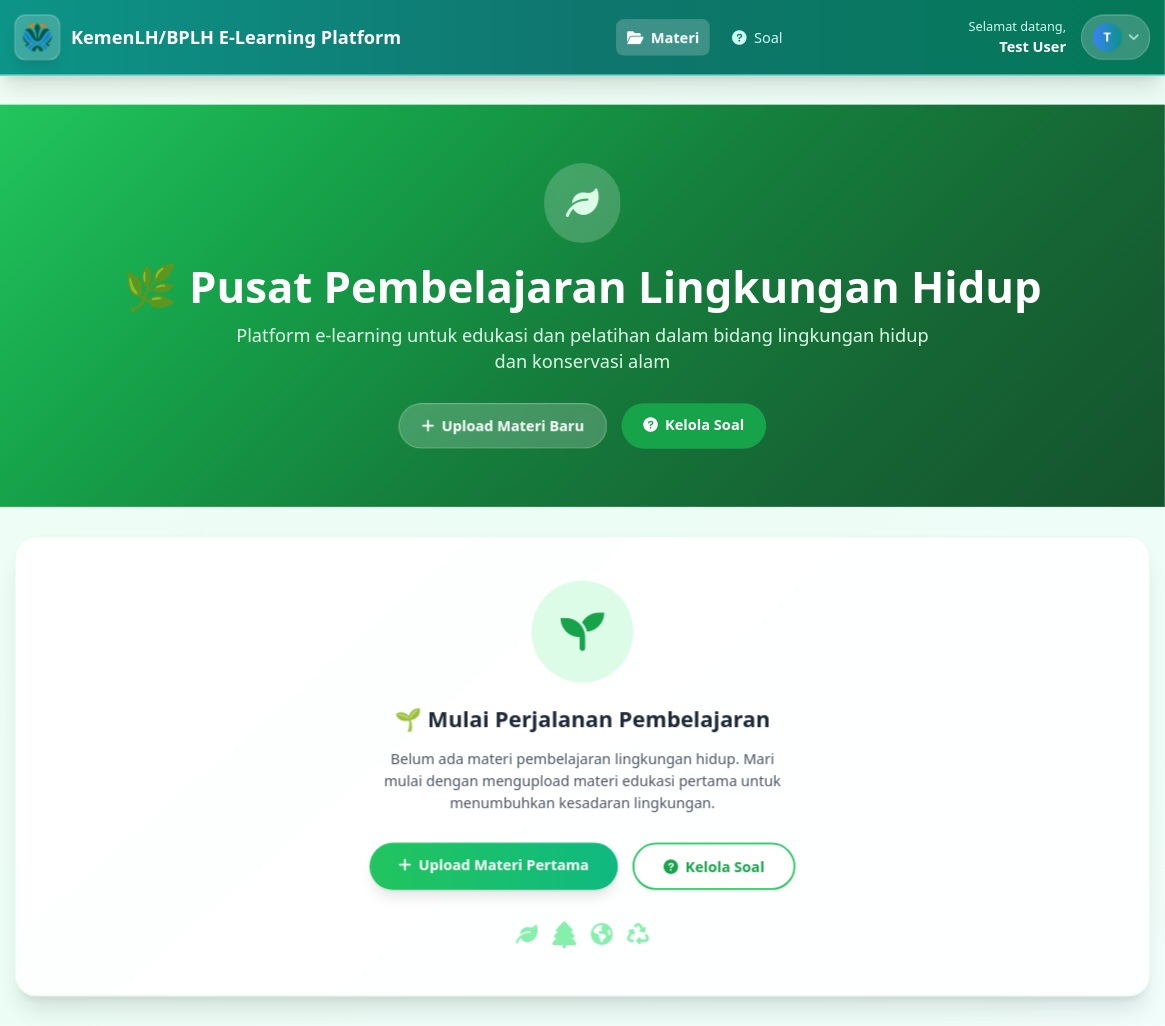
Repository: Autofat/LMS-MOOC
Page: http://localhost/materials
These files come from the project's save history. The page is drawn as it stood at one moment and after the next save; the edit follows.
The browser window is 1280 px wide. The pictures show the whole page, at 91% of full size.
Some web libraries are served in a nearby version. The page is served by the project's Laravel application, run on PHP 8.4 with Laravel 12. A made-up administrator, Test User (test@example.com), is signed in. Other server files are loaded and not shown. Queries for data that is not in the repository find no rows.

Above is the page before, as saved 2025-08-01 12:58:12.

### routes/web.php
<?php

use Illuminate\Support\Facades\Route;
use Illuminate\Support\Facades\Auth;
use Illuminate\Support\Facades\Http;
use Illuminate\Support\Facades\Storage;
use Illuminate\Http\Request;
use App\Http\Controllers\QuestionController;
use App\Http\Controllers\MaterialController;
use App\Http\Controllers\AuthController;

// Root redirect to login
Route::get('/', function () {
    // Force logout and clear session
    Auth::logout();
    session()->flush();
    session()->regenerate();

    return redirect()->route('login');
});

// Authentication Routes
Route::get('/login', [AuthController::class, 'showLoginForm'])->name('login');
Route::post('/login', [AuthController::class, 'login']);
Route::get('/register', [AuthController::class, 'showRegisterForm'])->name('register');
Route::post('/register', [AuthController::class, 'register']);
Route::post('/logout', [AuthController::class, 'logout'])->name('logout');

// Temporary route to clear session
Route::get('/clear-session', function () {
    Auth::logout();
    session()->flush();
    session()->regenerate();
    return redirect()->route('login')->with('success', 'Session cleared. Please login again.');
});

// Test route to check auth status
Route::get('/test-auth', function () {
    return response()->json([
        'auth_check' => Auth::check(),
        'user' => Auth::user(),
        'session_id' => session()->getId(),
        'session_data' => session()->all()
    ]);
});

// Protected Routes (require authentication)
Route::middleware(['auth'])->group(function () {

    // Debug route for testing n8n connection
    Route::get('/test-n8n-connection', function () {
        try {
            $testData = [
                'action' => 'test_connection',
                'timestamp' => now()->toISOString(),
                'message' => 'Laravel connection test'
            ];

            $n8nUrl = env('N8N_GENERATE_QUESTIONS_URL', 'http://localhost:5678/webhook/generate-questions');

            $response = Http::timeout(120)
                ->retry(2, 100)
                ->withOptions([
                    'verify' => false,
                    'allow_redirects' => true,
                    'http_errors' => false
                ])
                ->post($n8nUrl, $testData);

            return response()->json([
                'success' => true,
                'message' => 'n8n connection test completed',
                'url' => $n8nUrl,
                'request_data' => $testData,
                'response' => [
                    'status' => $response->status(),
                    'headers' => $response->headers(),
                    'body' => $response->body(),
                    'successful' => $response->successful()
                ]
            ]);

        } catch (\Exception $e) {
            return response()->json([
                'success' => false,
                'error' => $e->getMessage(),
                'error_class' => get_class($e)
            ], 500);
        }
    })->name('test.n8n.connection');

    // Material Routes
    Route::get('/materials', [MaterialController::class, 'index'])->name('materials.index');
    Route::get('/materials/create', [MaterialController::class, 'create'])->name('materials.create');
    Route::post('/materials', [MaterialController::class, 'store'])->name('materials.store');
    Route::get('/materials/{id}', [MaterialController::class, 'show'])->name('materials.show');
    Route::get('/materials/{id}/edit', [MaterialController::class, 'edit'])->name('materials.edit');
    Route::put('/materials/{id}', [MaterialController::class, 'update'])->name('materials.update');
    Route::delete('/materials/{id}', [MaterialController::class, 'destroy'])->name('materials.destroy');
    Route::get('/materials/{id}/download', [MaterialController::class, 'download'])->name('materials.download');

    // Debug routes for testing file uploads
    Route::get('/test-upload', function () {
        return view('test-upload');
    })->name('test.upload.form');

    Route::post('/test-upload', function (Request $request) {
        $info = [
            'has_file' => $request->hasFile('pdf_file'),
            'php_upload_max' => ini_get('upload_max_filesize'),
            'php_post_max' => ini_get('post_max_size'),
            'storage_writable' => is_writable(storage_path('app/public')),
            'materials_dir_exists' => Storage::disk('public')->exists('materials'),
        ];

        if ($request->hasFile('pdf_file')) {
            $file = $request->file('pdf_file');
            $info['file'] = [
                'name' => $file->getClientOriginalName(),
                'size' => $file->getSize(),
                'mime' => $file->getMimeType(),
                'is_valid' => $file->isValid(),
                'error' => $file->getError(),
            ];
        }

        return response()->json($info);
    })->name('test.upload');
    Route::get('/materials/{id}/questions', [MaterialController::class, 'questions'])->name('materials.questions');

    // Generate Questions with n8n
    Route::post('/materials/{id}/generate-questions', [MaterialController::class, 'generateQuestions'])->name('materials.generate-questions');
    Route::post('/materials/{id}/generate-questions-async', [MaterialController::class, 'generateQuestionsAsync'])->name('materials.generate-questions-async');
    Route::get('/materials/{id}/test-n8n', [MaterialController::class, 'testN8nConnection'])->name('materials.test-n8n');

    // Form Manual Input
    Route::get('/questions/create', [QuestionController::class, 'create'])->name('questions.create');
    Route::post('/questions', [QuestionController::class, 'store'])->name('questions.store');

    // Manage and Edit Questions
    Route::get('/questions/manage', [QuestionController::class, 'manage'])->name('questions.manage');
    Route::get('/questions/{id}/edit', [QuestionController::class, 'edit'])->name('questions.edit');
    Route::put('/questions/{id}', [QuestionController::class, 'update'])->name('questions.update');
    Route::delete('/questions/{id}', [QuestionController::class, 'destroy'])->name('questions.destroy');
});

### app/Models/Material.php
<?php

namespace App\Models;

use Illuminate\Database\Eloquent\Model;

class Material extends Model
{
    protected $fillable = [
        'title',
        'description',
        'file_path',
        'file_name',
        'file_size',
        'category',
        'is_active'
    ];

    protected $casts = [
        'is_active' => 'boolean',
    ];

    /**
     * Get the questions for this material.
     */
    public function questions()
    {
        return $this->hasMany(Question::class);
    }

    /**
     * Get file size in human readable format
     */
    public function getFileSizeHumanAttribute()
    {
        $bytes = $this->file_size;
        $units = ['B', 'KB', 'MB', 'GB'];

        for ($i = 0; $bytes > 1024 && $i < count($units) - 1; $i++) {
            $bytes /= 1024;
        }

        return round($bytes, 2) . ' ' . $units[$i];
    }
}

### app/Models/Question.php
<?php

namespace App\Models;

use Illuminate\Database\Eloquent\Model;

class Question extends Model
{
    protected $fillable = [
        'material_id',
        'question',
        'options',
        'answer',
        'explanation',
        'difficulty'
    ];

    protected $casts = [
        'options' => 'array',
    ];

    /**
     * Set difficulty to lowercase
     */
    public function setDifficultyAttribute($value)
    {
        $this->attributes['difficulty'] = $value ? strtolower($value) : null;
    }

    /**
     * Get difficulty with proper case
     */
    public function getDifficultyAttribute($value)
    {
        if (!$value) return null;

        // Capitalize first letter for display
        return ucfirst($value);
    }

    /**
     * Get the material that owns this question.
     */
    public function material()
    {
        return $this->belongsTo(Material::class);
    }
}

### resources/views/materials/index.blade.php
<!DOCTYPE html>
<html lang="en">

<head>
    <meta charset="UTF-8">
    <meta name="viewport" content="width=device-width, initial-scale=1.0">
    <title>Kelola Materi - KemenLH/BPLH E-Learning Platform</title>
    <script src="https://cdn.tailwindcss.com"></script>
    <link href="https://cdnjs.cloudflare.com/ajax/libs/font-awesome/6.0.0/css/all.min.css" rel="stylesheet">
    <style>
        .nature-gradient {
            background: linear-gradient(135deg, #22c55e 0%, #16a34a 25%, #15803d  50%, #166534 75%, #14532d 100%);
        }
        .leaf-pattern {
            background-image: url("data:[embedded picture, 363 characters]");
        }
    </style>
</head>

<body class="bg-gradient-to-br from-green-50 via-emerald-50 to-teal-50 min-h-screen leaf-pattern">
    <!-- Include Navbar Component -->
    @include('components.navbar')

    <!-- Hero Section -->
    <div class="nature-gradient text-white py-16 mb-8">
        <div class="container mx-auto px-4">
            <div class="text-center">
                <div class="flex justify-center mb-6">
                    <div class="bg-white/20 backdrop-blur-sm rounded-full p-6">
                        <i class="fas fa-leaf text-4xl text-green-100"></i>
                    </div>
                </div>
                <h1 class="text-4xl md:text-5xl font-bold mb-4">
                    🌿 Pusat Pembelajaran Lingkungan Hidup
                </h1>
                <p class="text-xl text-green-100 mb-8 max-w-3xl mx-auto">
                    Platform e-learning untuk edukasi dan pelatihan dalam bidang lingkungan hidup dan konservasi alam
                </p>
                <div class="flex flex-col sm:flex-row gap-4 justify-center">
                    <a href="{{ route('materials.create') }}"
                        class="bg-white/20 backdrop-blur-sm hover:bg-white/30 text-white font-bold py-3 px-6 rounded-full border border-white/30 transition-all duration-300 transform hover:scale-105">
                        <i class="fas fa-plus mr-2"></i>Upload Materi Baru
                    </a>
                    <a href="{{ route('questions.manage') }}"
                        class="bg-green-600 hover:bg-green-700 text-white font-bold py-3 px-6 rounded-full transition-all duration-300 transform hover:scale-105">
                        <i class="fas fa-question-circle mr-2"></i>Kelola Soal
                    </a>
                </div>
            </div>
        </div>
    </div>

    <!-- Main Content -->
    <div class="container mx-auto px-4 pb-8">
        @if ($materials->count() > 0)
            <!-- Statistics Cards -->
            <div class="grid grid-cols-1 md:grid-cols-3 gap-6 mb-8">
                <div class="bg-white/80 backdrop-blur-sm rounded-2xl shadow-lg p-6 border border-green-100">
                    <div class="flex items-center">
                        <div class="bg-green-100 p-3 rounded-full">
                            <i class="fas fa-file-alt text-green-600 text-xl"></i>
                        </div>
                        <div class="ml-4">
                            <p class="text-sm text-gray-600">Total Materi</p>
                            <p class="text-2xl font-bold text-green-700">{{ $materials->count() }}</p>
                        </div>
                    </div>
                </div>

                <div class="bg-white/80 backdrop-blur-sm rounded-2xl shadow-lg p-6 border border-emerald-100">
                    <div class="flex items-center">
                        <div class="bg-emerald-100 p-3 rounded-full">
                            <i class="fas fa-question-circle text-emerald-600 text-xl"></i>
                        </div>
                        <div class="ml-4">
                            <p class="text-sm text-gray-600">Total Soal</p>
                            <p class="text-2xl font-bold text-emerald-700">{{ $materials->sum('questions_count') }}</p>
                        </div>
                    </div>
                </div>

                <div class="bg-white/80 backdrop-blur-sm rounded-2xl shadow-lg p-6 border border-teal-100">
                    <div class="flex items-center">
                        <div class="bg-teal-100 p-3 rounded-full">
                            <i class="fas fa-leaf text-teal-600 text-xl"></i>
                        </div>
                        <div class="ml-4">
                            <p class="text-sm text-gray-600">Kategori Aktif</p>
                            <p class="text-2xl font-bold text-teal-700">{{ $materials->whereNotNull('category')->groupBy('category')->count() }}</p>
                        </div>
                    </div>
                </div>
            </div>

            <!-- Materials Grid -->
            <div class="grid grid-cols-1 md:grid-cols-2 lg:grid-cols-3 gap-6">
                @foreach ($materials as $material)
                    <div class="bg-white/90 backdrop-blur-sm rounded-2xl shadow-lg overflow-hidden hover:shadow-xl transition-all duration-300 transform hover:-translate-y-1 border border-green-100">
                        <!-- Card Header with Nature Theme -->
                        <div class="bg-gradient-to-r from-green-500 to-emerald-500 p-4">
                            <div class="flex items-center justify-between">
                                <div class="bg-white/20 backdrop-blur-sm rounded-full p-2">
                                    <i class="fas fa-seedling text-white text-lg"></i>
                                </div>
                                @if($material->category)
                                    <span class="bg-white/20 backdrop-blur-sm text-white text-xs px-3 py-1 rounded-full">
                                        {{ $material->category }}
                                    </span>
                                @endif
                            </div>
                        </div>

                        <div class="p-6">
                            <div class="mb-4">
                                <h3 class="text-xl font-semibold text-gray-800 truncate mb-2">
                                    {{ $material->title }}
                                </h3>
                                @if ($material->description)
                                    <p class="text-gray-600 text-sm mb-3 line-clamp-3">
                                        {{ $material->description }}
                                    </p>
                                @endif
                            </div>

                            <!-- File Info with Nature Icons -->
                            <div class="flex items-center text-sm text-gray-500 mb-4 bg-green-50 p-3 rounded-lg">
                                <i class="fas fa-file-pdf text-green-600 mr-2"></i>
                                <span class="truncate">{{ $material->file_name }}</span>
                            </div>

                            <div class="flex items-center justify-between text-sm text-gray-500 mb-4">
                                <div class="flex items-center">
                                    <i class="fas fa-weight text-green-500 mr-1"></i>
                                    <span>{{ $material->file_size_human }}</span>
                                </div>
                                <div class="flex items-center">
                                    <i class="fas fa-list-ul text-emerald-500 mr-1"></i>
                                    <span>{{ $material->questions_count }} soal</span>
                                </div>
                            </div>

                            <div class="text-xs text-gray-400 mb-4 flex items-center">
                                <i class="fas fa-calendar text-green-400 mr-1"></i>
                                Upload: {{ $material->created_at->format('d M Y H:i') }}
                            </div>

                            <!-- Action Buttons with Nature Theme -->
                            <div class="flex space-x-2">
                                <a href="{{ route('materials.show', $material->id) }}"
                                    class="flex-1 bg-gradient-to-r from-green-500 to-emerald-500 hover:from-green-600 hover:to-emerald-600 text-white text-center py-2 px-3 rounded-lg text-sm transition-all duration-300 transform hover:scale-105">
                                    <i class="fas fa-eye mr-1"></i>Detail
                                </a>
                                <a href="{{ route('materials.download', $material->id) }}"
                                    class="flex-1 bg-gradient-to-r from-emerald-500 to-teal-500 hover:from-emerald-600 hover:to-teal-600 text-white text-center py-2 px-3 rounded-lg text-sm transition-all duration-300 transform hover:scale-105">
                                    <i class="fas fa-download mr-1"></i>Download
                                </a>
                                <form method="POST" action="{{ route('materials.destroy', $material->id) }}"
                                    onsubmit="event.preventDefault(); showDeleteConfirmation(this, 'Yakin ingin menghapus materi ini? Semua soal yang terkait juga akan dihapus.'); return false;" class="inline">
                                    @csrf
                                    @method('DELETE')
                                    <button type="submit"
                                        class="bg-gradient-to-r from-red-500 to-pink-500 hover:from-red-600 hover:to-pink-600 text-white py-2 px-3 rounded-lg text-sm transition-all duration-300 transform hover:scale-105">
                                        <i class="fas fa-trash"></i>
                                    </button>
                                </form>
                            </div>
                        </div>
                    </div>
                @endforeach
            </div>

        <!-- Pagination -->
        @if ($materials->hasPages())
            <div class="mt-8">
                {{ $materials->links() }}
            </div>
        @endif
        @else
            <!-- Empty State with Nature Theme -->
            <div class="bg-white/90 backdrop-blur-sm shadow-xl rounded-3xl p-12 text-center border border-green-100">
                <div class="text-green-500 mb-6">
                    <div class="bg-green-100 rounded-full p-8 inline-block">
                        <i class="fas fa-seedling text-5xl text-green-600"></i>
                    </div>
                </div>
                <h3 class="text-2xl font-bold text-gray-800 mb-4">🌱 Mulai Perjalanan Pembelajaran</h3>
                <p class="text-gray-600 mb-8 max-w-md mx-auto">
                    Belum ada materi pembelajaran lingkungan hidup. Mari mulai dengan mengupload materi edukasi pertama untuk menumbuhkan kesadaran lingkungan.
                </p>

                <div class="flex flex-col sm:flex-row gap-4 justify-center">
                    <a href="{{ route('materials.create') }}"
                        class="bg-gradient-to-r from-green-500 to-emerald-500 hover:from-green-600 hover:to-emerald-600 text-white font-bold py-3 px-8 rounded-full transition-all duration-300 transform hover:scale-105 shadow-lg">
                        <i class="fas fa-plus mr-2"></i>Upload Materi Pertama
                    </a>
                    <a href="{{ route('questions.manage') }}"
                        class="bg-white border-2 border-green-500 text-green-600 hover:bg-green-50 font-bold py-3 px-8 rounded-full transition-all duration-300">
                        <i class="fas fa-question-circle mr-2"></i>Kelola Soal
                    </a>
                </div>

                <!-- Decorative Elements -->
                <div class="mt-8 flex justify-center space-x-4 text-green-300">
                    <i class="fas fa-leaf text-2xl"></i>
                    <i class="fas fa-tree text-3xl"></i>
                    <i class="fas fa-globe-americas text-2xl"></i>
                    <i class="fas fa-recycle text-2xl"></i>
                </div>
            </div>
        @endif
    </div>

    <!-- Include Delete Confirmation Modal -->
    @include('components.delete-confirmation-modal')
</body>

</html>

Loaded but not shown: app/Models/User.php (common file); app/Http/Controllers/Controller.php (common file); app/Http/Controllers/MaterialController.php (844 lines, source omitted); resources/views/components/navbar.blade.php (221 lines, source omitted); resources/views/components/delete-confirmation-modal.blade.php (76 lines, source omitted)

After the next save:
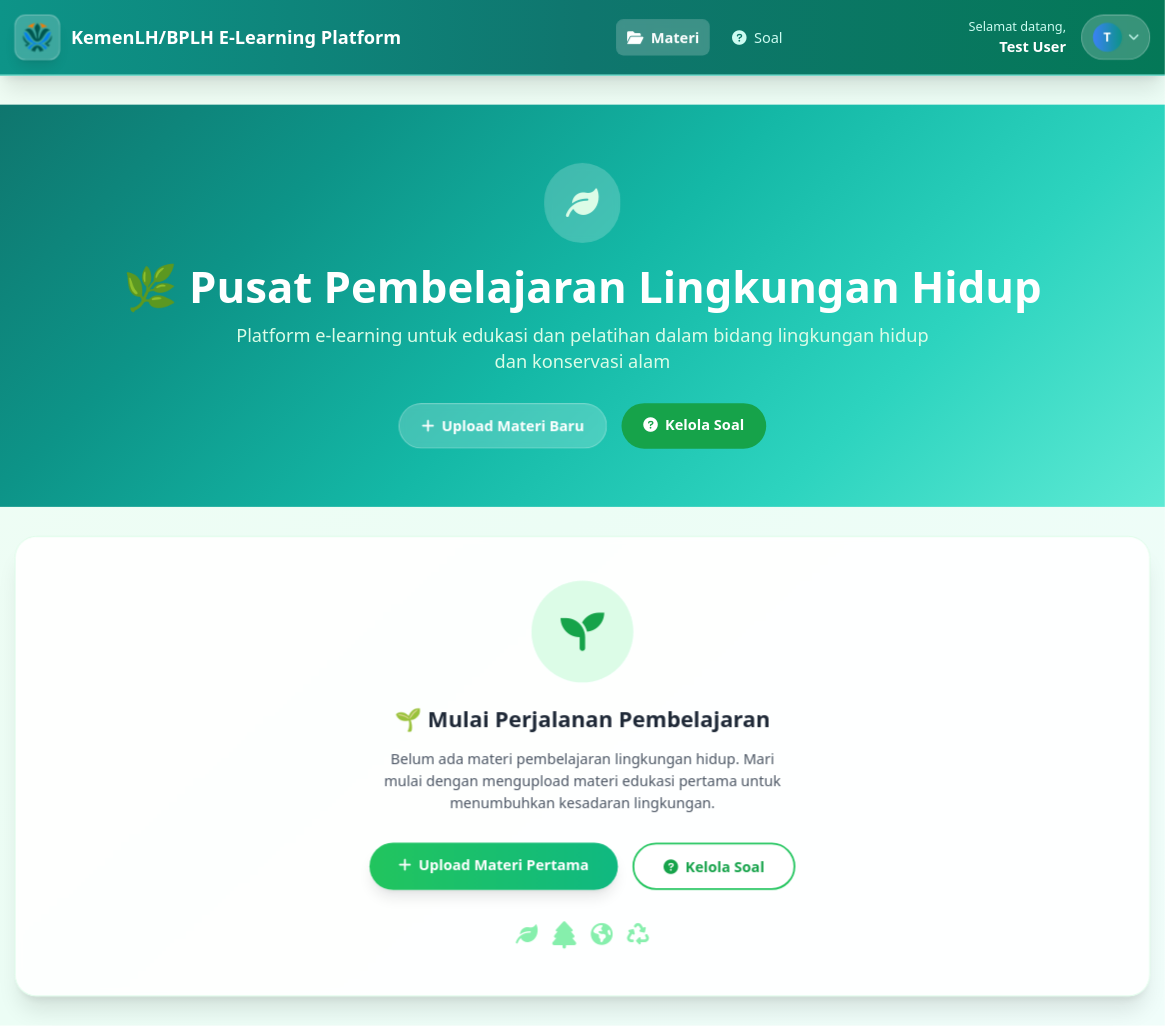
Saved 15 s later.
--- a/resources/views/materials/index.blade.php
+++ b/resources/views/materials/index.blade.php
@@ -9,7 +9,7 @@
     <link href="https://cdnjs.cloudflare.com/ajax/libs/font-awesome/6.0.0/css/all.min.css" rel="stylesheet">
     <style>
         .nature-gradient {
-            background: linear-gradient(135deg, #22c55e 0%, #16a34a 25%, #15803d  50%, #166534 75%, #14532d 100%);
+            background: linear-gradient(135deg, #0f766e 0%, #0d9488 25%, #14b8a6 50%, #2dd4bf 75%, #5eead4 100%);
         }
         .leaf-pattern {
             background-image: url("data:[embedded picture, 363 characters]");
